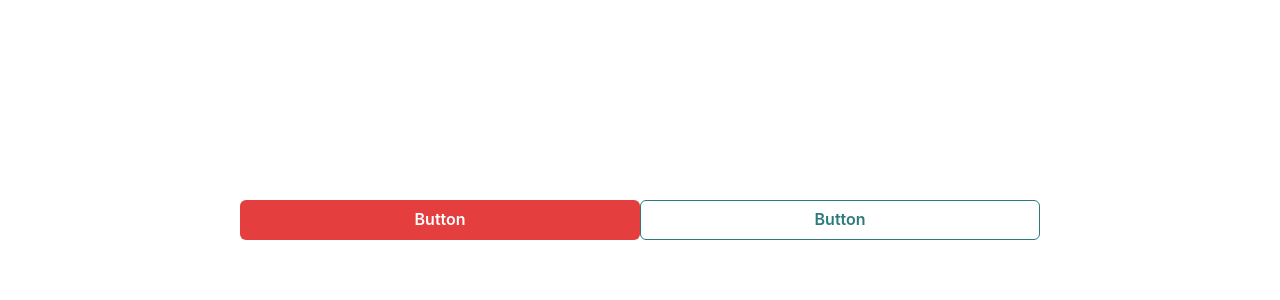
Repository: soualexandre/toast-reactjs
Page: /
An editor plug-in stored every save of this project. The page is shown before and after the next save, followed by the edit.
The browser window is 1280 px wide. The pictures show the whole page.
The project was rebuilt for these pictures with package versions that can differ from the ones it lists, and the page was loaded fresh each time.

Above is the page before, as saved 2021-07-02 15:05:42.

After the next save:
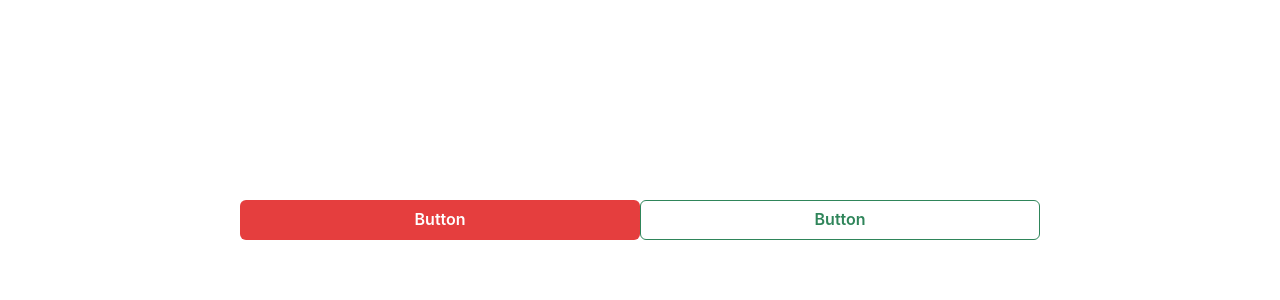
Saved 30 s later.
--- a/src/App.js
+++ b/src/App.js
@@ -44,6 +44,8 @@ function App() {
           <Button
             colorScheme="teal"
             variant="outline"
+            colorScheme="green"
+
             onClick={notifySuccess}
             width="400px">
             Button
